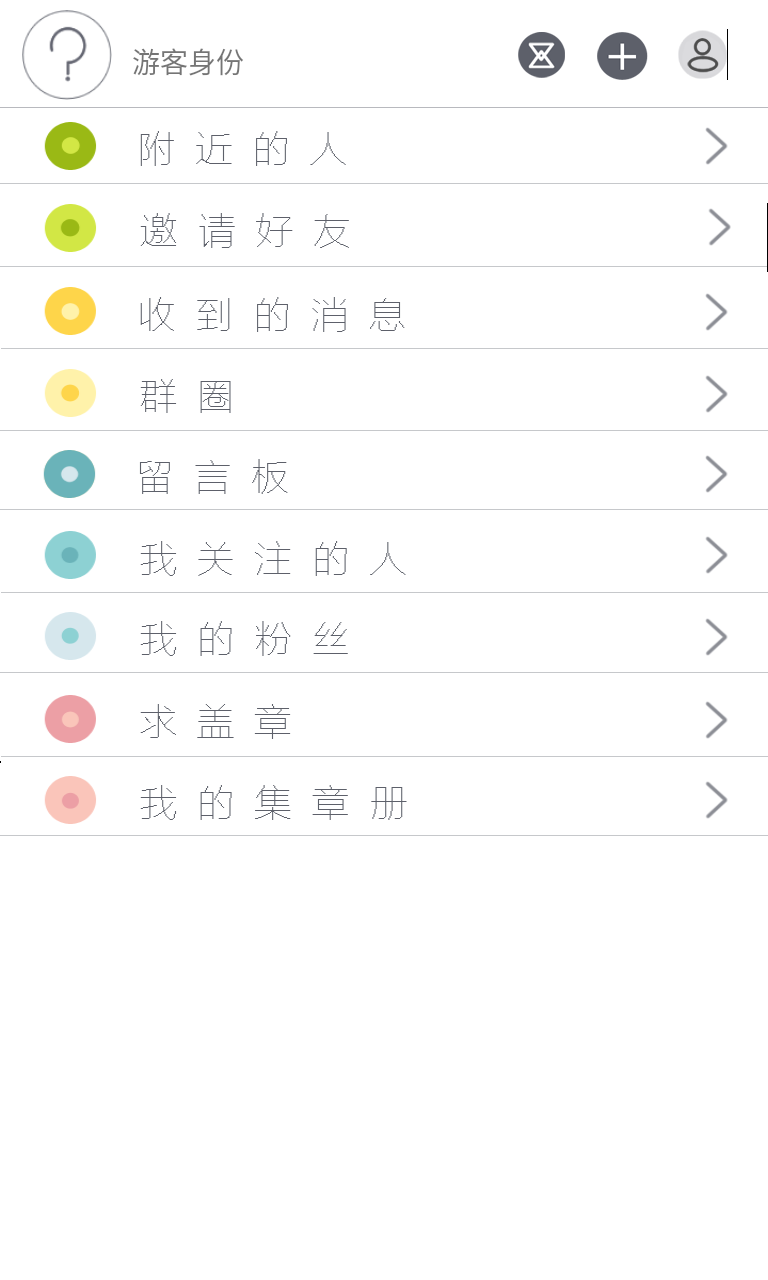
Repository: MinoyJet/Amoy
Layout: beta5/res/layout/sq.xml
These files come from the project's save history. The layout is drawn as it stood at one moment and after the next save; the edit follows.
It is drawn on a 768 x 1280 px phone screen (xhdpi) without system bars, with theme AppTheme; the app's code is not run.

Above is the layout before, as saved 2015-04-25 11:41:52.

After the next save:
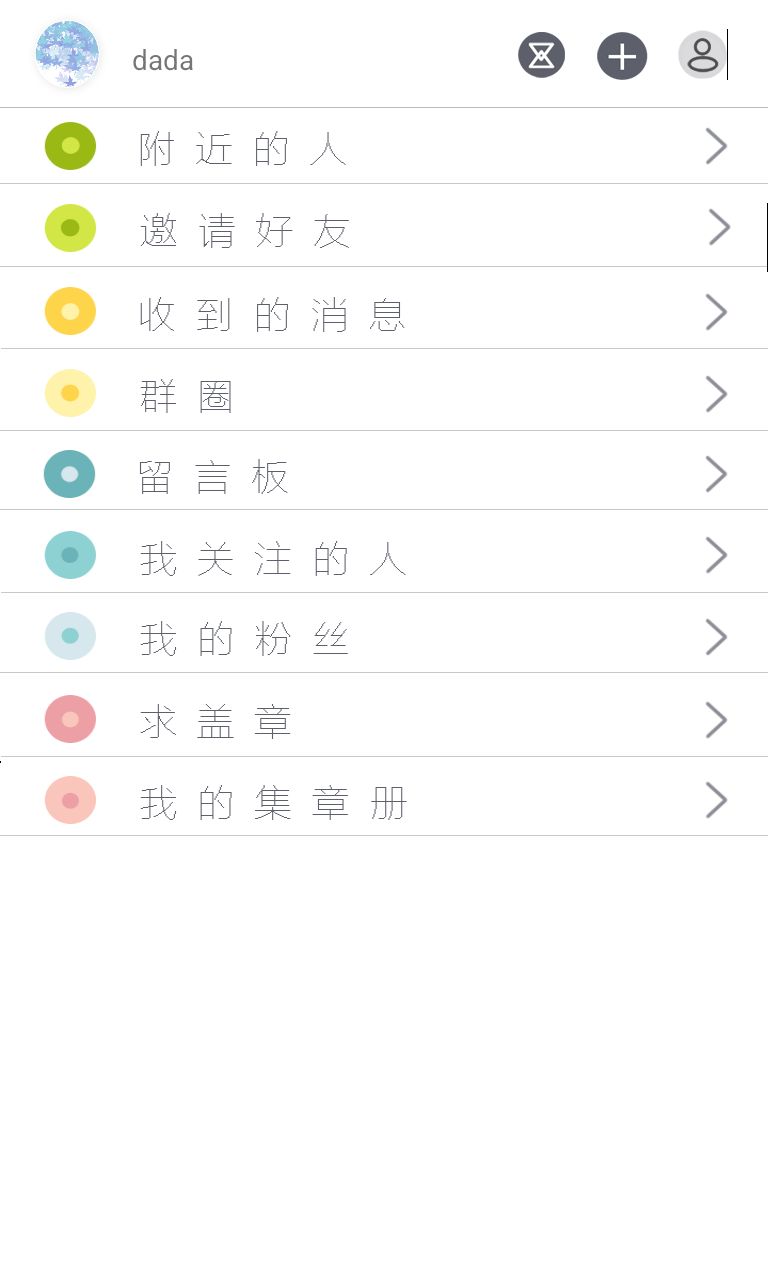
Saved 10 min 38 s later.
--- a/beta5/res/layout/sq.xml
+++ b/beta5/res/layout/sq.xml
@@ -27,7 +27,7 @@
             android:layout_alignParentLeft="true"
             android:layout_centerVertical="true"
             android:layout_marginLeft="11dp"
-            android:background="@drawable/yonghuyouke" />
+            android:background="@drawable/touxiang2" />
 
         <ImageButton
             android:id="@+id/haoyou"
@@ -67,7 +67,7 @@ android:onClick="fatie"
                android:layout_marginTop="20dp"
             android:layout_marginLeft="10dp"
             android:layout_toRightOf="@+id/imageView1"
-            android:text="游客身份" />
+            android:text="dada" />
 
     </RelativeLayout>
 
